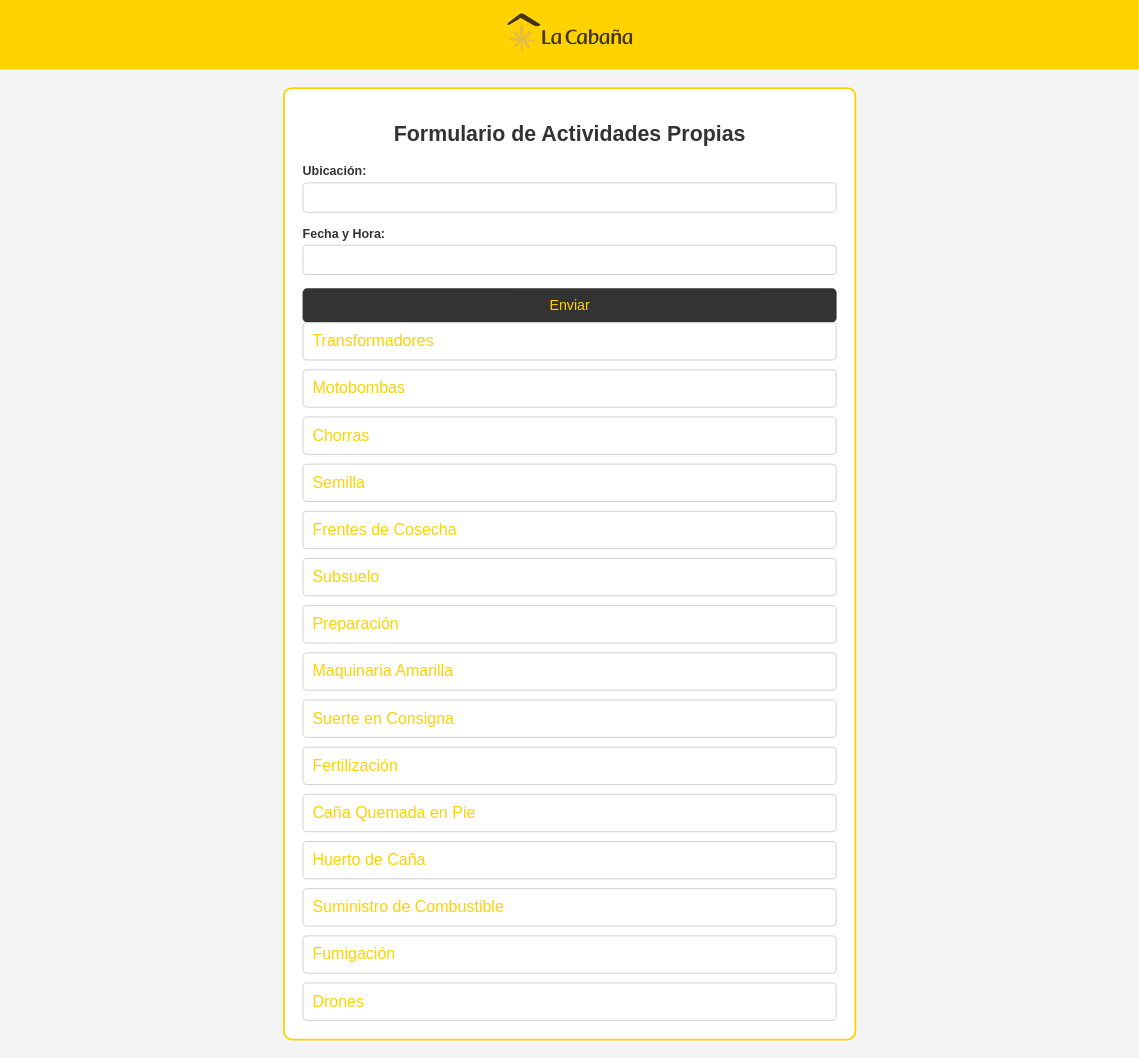
Repository: tayuanlogua/prototipo-de-control-de-accesos
Page: Patrullas/src/actividadespropias.html
The author's editor kept a copy of each file at every save. The page is drawn from the files as they stood at one save, then again after the next save.
The browser window is 1280 px wide. The pictures show the whole page, at 89% of full size.

Above is the page before, as saved 2024-08-22 11:35:21.

### Patrullas/src/actividadespropias.html
<!DOCTYPE html>
<html lang="es">
  <head>
    <meta charset="UTF-8" />
    <meta name="viewport" content="width=device-width, initial-scale=1.0" />
    <title>Formulario de Actividades Propias</title>
    <link rel="stylesheet" href="styles.css" />
    <script defer src="script.js"></script>
    <!-- Asegúrate de usar defer -->
  </head>
  <body>
    <header class="header">
      <img src="imagenes/LOGO.png" alt="Logo" class="logo" />
    </header>
    <div class="login-container">
      <h1>Formulario de Actividades Propias</h1>
      <form id="activities-form" enctype="multipart/form-data">
        <div class="form-group">
          <label for="ubicacion">Ubicación:</label>
          <input type="text" id="ubicacion" name="ubicacion" required />
        </div>

        <div class="form-group">
          <label for="date-time">Fecha y Hora:</label>
          <input type="text" id="date-time" name="date-time" readonly />
        </div>

        <button type="submit">Enviar</button>
      </form>

      <div class="activities-form">
        <a href="transformadores.html">Transformadores</a>
        <a href="motobombas.html">Motobombas</a>
        <a href="chorras.html">Chorras</a>
        <a href="semillas.html">Semilla</a>
        <a href="frentesdecosecha.html">Frentes de Cosecha</a>
        <a href="subsuelo.html">Subsuelo</a>
        <a href="preparacion.html">Preparación</a>
        <a href="maquinariaamarilla.html">Maquinaria Amarilla</a>
        <a href="suerteconsigna.html">Suerte en Consigna</a>
        <a href="fertilizacion.html">Fertilización</a>
        <a href="cañaenpie.html">Caña Quemada en Pie</a>
        <a href="huertocaña.html">Huerto de Caña</a>
        <a href="suministrocombustible.html">Suministro de Combustible</a>
        <a href="fumigacion.html">Fumigación</a>
        <a href="drones.html">Drones</a>
      </div>
    </div>
  </body>
</html>

### Patrullas/src/styles.css
/* Estilos generales para el body */
body {
  font-family: Arial, sans-serif;
  background-color: #f4f4f4;
  margin: 0;
  padding: 0;
}

/* Estilo para el logo en el header */
.header {
  background-color: #ffd200; /* Fondo amarillo para el logo */
  padding: 10px 0;
  text-align: center;
}

.logo {
  width: 150px;
  height: auto;
}

/* Estilos para el contenedor del formulario */
.form-container,
.container,
.login-container,
#subsuelo-form,
#burnt-cane-form,
#motobombas-form {
  background-color: #ffffff;
  max-width: 600px; /* Ajustado al tamaño del formulario de Motobombas */
  margin: 20px auto;
  padding: 20px;
  border-radius: 10px;
  box-shadow: 0 0 10px rgba(0, 0, 0, 0.1);
  display: flex;
  flex-direction: column;
  align-items: center;
  border: 2px solid #ffd200; /* Borde doble amarillo para los formularios */
  box-shadow: 0 0 0 rgba(0, 0, 0, 0); /* Eliminar sombra para borde visible */
}

/* Estilo para el título del formulario */
h1 {
  text-align: center;
  color: #333;
  font-size: 24px;
  margin-bottom: 20px;
}

/* Estilos para los formularios */
#subsuelo-form,
#burnt-cane-form,
#motobombas-form,
form {
  display: flex;
  flex-direction: column;
  gap: 15px;
  width: 100%;
}

.form-group {
  display: flex;
  flex-direction: column;
  gap: 5px;
}

.form-group label {
  font-size: 14px;
  color: #333;
  text-align: left;
  font-weight: bold;
}

.form-group input[type="text"],
.form-group input[type="number"],
.form-group select,
.form-group input[type="file"],
.form-group textarea {
  width: 100%;
  padding: 8px;
  border: 1px solid #ccc;
  border-radius: 5px;
  box-sizing: border-box;
  font-size: 14px;
}

.form-group input[type="file"] {
  padding: 3px; /* Ajuste para que se vea mejor */
}

.form-group textarea {
  resize: vertical;
}

.form-group select {
  padding: 8px;
}

/* Estilos para el grupo de radio buttons */
.radio-group {
  display: flex;
  justify-content: space-between;
  max-width: 200px;
}

.radio-group label {
  display: flex;
  align-items: center;
  gap: 5px;
  font-size: 14px;
  color: #333;
}

input[type="radio"] {
  margin-left: 10px;
}

/* Estilo para el botón de envío */
button[type="submit"] {
  display: block;
  width: 100%;
  padding: 10px;
  background-color: #333;
  color: #ffd200; /* Color amarillo para el botón de envío */
  border: none;
  border-radius: 5px;
  font-size: 16px;
  cursor: pointer;
  transition: background-color 0.3s ease;
}

/* Estilos para el hover en botones */
button[type="submit"]:hover {
  background-color: #555;
}

/* Estilo para los enlaces de actividades */
.activities-form {
  display: flex;
  flex-direction: column;
  gap: 10px;
  width: 100%;
}

.activities-form a {
  text-decoration: none;
  color: #ffd200; /* Color amarillo para los enlaces */
  font-size: 18px;
  padding: 10px;
  border-radius: 5px;
  background-color: #ffffff;
  border: 1px solid #ccc;
  transition: background-color 0.3s, color 0.3s;
}

.activities-form a:hover {
  background-color: #ffd200; /* Color amarillo para el hover */
  color: #ffffff;
}

/* Responsive design para dispositivos móviles */
@media (max-width: 480px) {
  .form-container,
  .container,
  .login-container,
  #subsuelo-form,
  #burnt-cane-form,
  #motobombas-form {
    width: 95%;
    padding: 15px;
  }

  h1 {
    font-size: 20px;
  }

  #subsuelo-form input[type="text"],
  #subsuelo-form input[type="number"],
  #subsuelo-form select,
  #subsuelo-form input[type="file"],
  #subsuelo-form textarea,
  #subsuelo-form button[type="submit"],
  #burnt-cane-form input[type="text"],
  #burnt-cane-form input[type="number"],
  #burnt-cane-form select,
  #burnt-cane-form input[type="file"],
  #burnt-cane-form textarea,
  #burnt-cane-form button[type="submit"],
  #motobombas-form input[type="text"],
  #motobombas-form input[type="number"],
  #motobombas-form select,
  #motobombas-form textarea,
  #motobombas-form button[type="submit"],
  form input[type="text"],
  form input[type="number"],
  form select,
  form input[type="file"],
  form textarea,
  form button[type="submit"],
  .activities-form a {
    font-size: 14px;
  }
}

Loaded but not shown: Patrullas/src/script.js (no stored copy; drawn as an empty file)

After the next save:
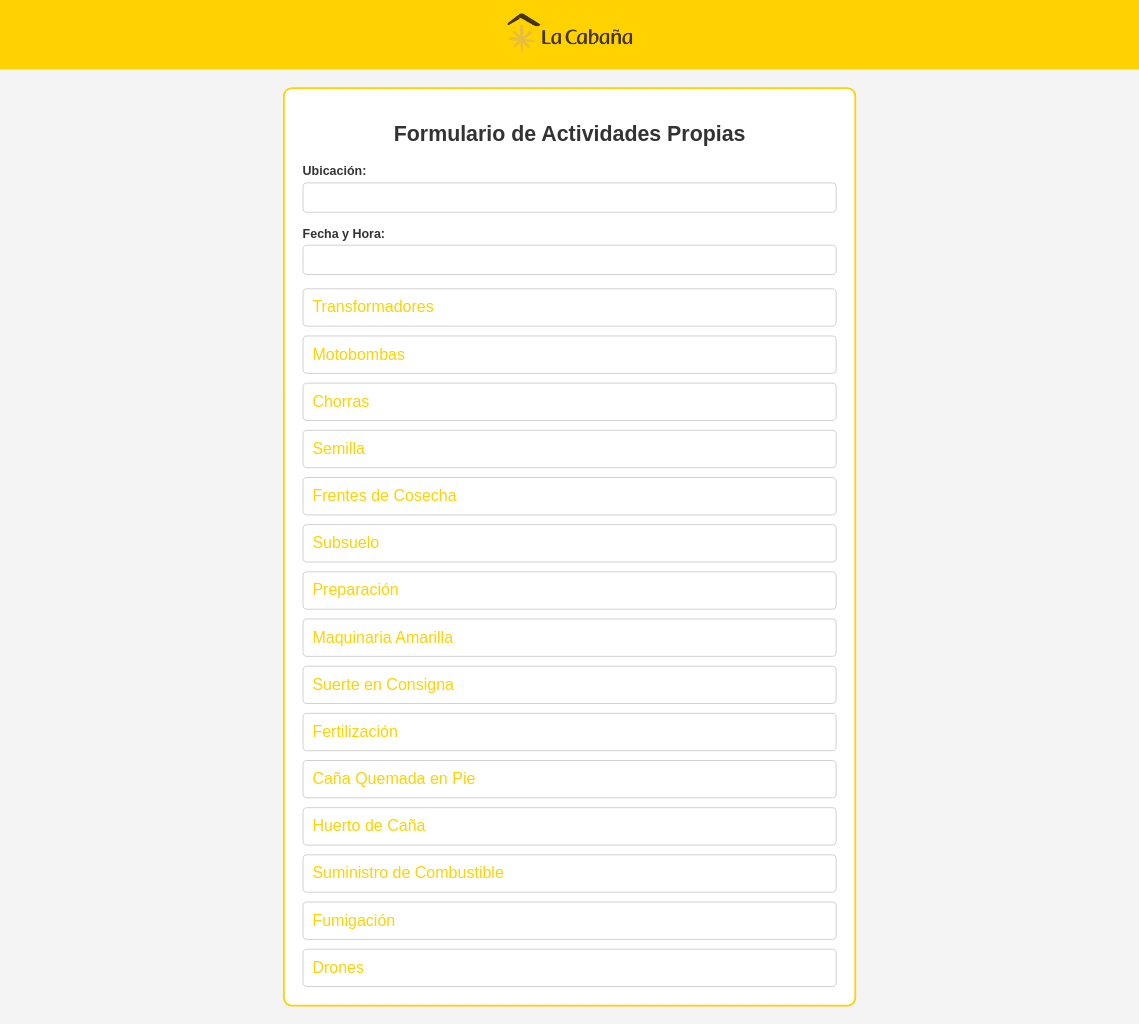
Saved 89 s later.
--- a/Patrullas/src/actividadespropias.html
+++ b/Patrullas/src/actividadespropias.html
@@ -25,9 +25,6 @@
           <input type="text" id="date-time" name="date-time" readonly />
         </div>
 
-        <button type="submit">Enviar</button>
-      </form>
-
       <div class="activities-form">
         <a href="transformadores.html">Transformadores</a>
         <a href="motobombas.html">Motobombas</a>
